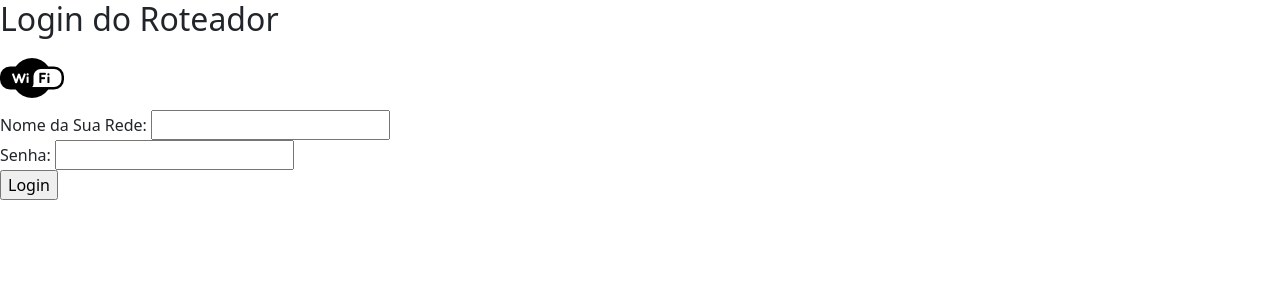
Repository: alfredo-allan/wifi-acesso-seguro.com
Page: index.html
An editor plug-in stored every save of this project. The page is shown before and after a run of saves, followed by the edit.
The browser window is 1280 px wide. The pictures show the whole page.

Above is the page before, as saved 2024-07-27 18:32:53.
Not found: script.js

### index.html
<!DOCTYPE html>
<html lang="pt-BR">
  <head>
    <meta charset="UTF-8" />
    <meta name="viewport" content="width=device-width, initial-scale=1.0" />
    <link
      href="https://cdn.jsdelivr.net/npm/bootstrap@5.3.3/dist/css/bootstrap.min.css"
      rel="stylesheet"
      integrity="sha384-QWTKZyjpPEjISv5WaRU9OFeRpok6YctnYmDr5pNlyT2bRjXh0JMhjY6hW+ALEwIH"
      crossorigin="anonymous"
    />
    <link rel="icon" type="image/x-icon" href="favicon.ico" />
    <link rel="stylesheet" href="./style.css" />
    <title>Acesso Seguro</title>
  </head>
  <body>
    <h2>Login do Roteador</h2>
    <img src="./img/sinal-wifi.png" alt="" />
    <form>
      <label for="ssid">Nome da Sua Rede:</label>
      <input type="text" id="ssid" name="ssid" required /><br />
      <label for="password">Senha:</label>
      <input type="password" id="password" name="password" required /><br />
      <input type="submit" value="Login" />
    </form>
    <script
      src="https://cdn.jsdelivr.net/npm/bootstrap@5.3.3/dist/js/bootstrap.bundle.min.js"
      integrity="sha384-YvpcrYf0tY3lHB60NNkmXc5s9fDVZLESaAA55NDzOxhy9GkcIdslK1eN7N6jIeHz"
      crossorigin="anonymous"
    ></script>
    <script src="script.js"></script>
  </body>
</html>

Loaded but not shown: style.css (no copy from this time; the picture is the same without it)

After the next 3 saves:
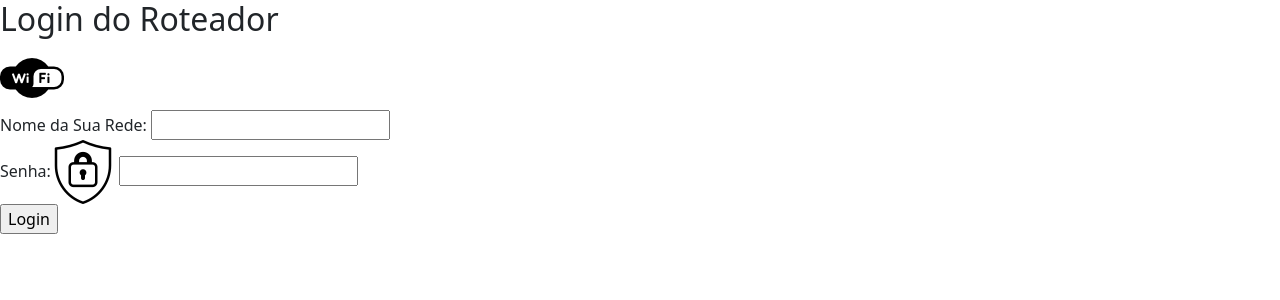
The 3 saves are shown as one change because they came seconds apart.
The last was saved 11 s later.
--- a/index.html
+++ b/index.html
@@ -19,7 +19,8 @@
     <form>
       <label for="ssid">Nome da Sua Rede:</label>
       <input type="text" id="ssid" name="ssid" required /><br />
-      <label for="password">Senha:</label>
+      <label for="password">Senha:</label
+      ><img src="./img/escudo-de-seguranca.png" alt="" />
       <input type="password" id="password" name="password" required /><br />
       <input type="submit" value="Login" />
     </form>

After the save that followed:
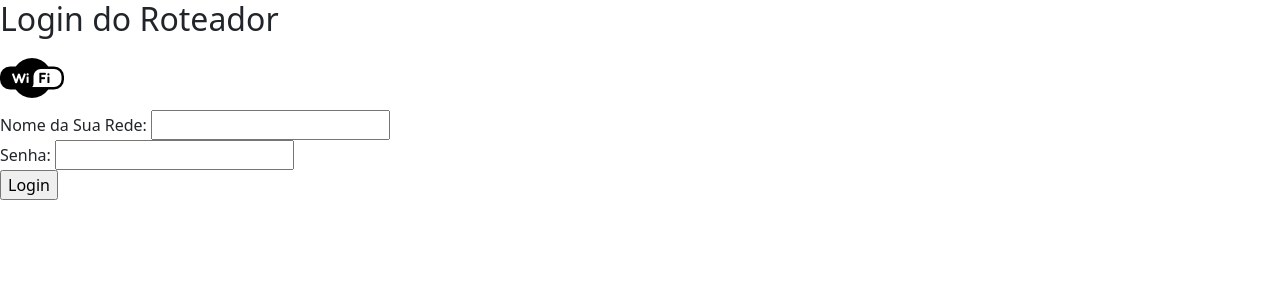
Saved 45 s later.
--- a/index.html
+++ b/index.html
@@ -20,7 +20,7 @@
       <label for="ssid">Nome da Sua Rede:</label>
       <input type="text" id="ssid" name="ssid" required /><br />
       <label for="password">Senha:</label
-      ><img src="./img/escudo-de-seguranca.png" alt="" />
+      >
       <input type="password" id="password" name="password" required /><br />
       <input type="submit" value="Login" />
     </form>
